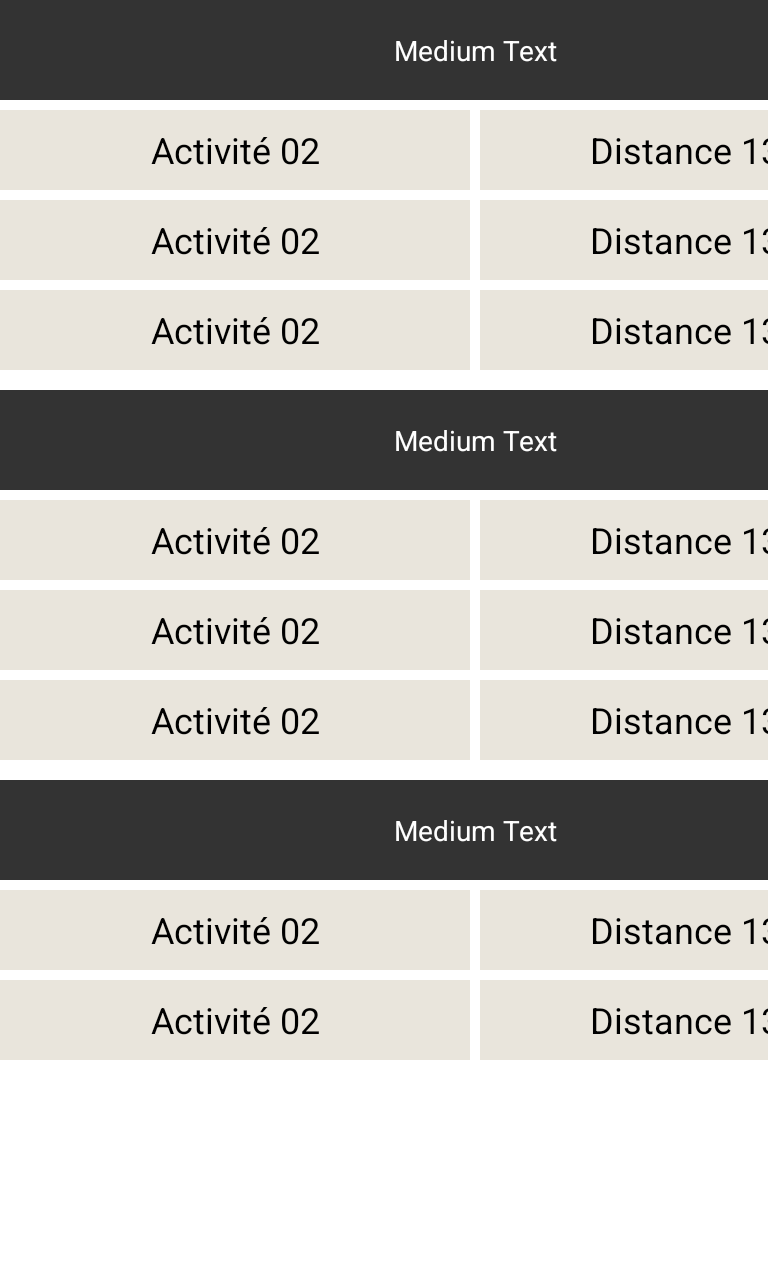
Repository: dekeym/Projet-IHM
Layout: WorkSpace/ChallengeMe/res/layout/fragment_stats.xml
These files come from the project's save history. The layout is drawn as it stood at one moment and after the next save; the edit follows.
It is drawn on a 768 x 1280 px phone screen (xhdpi) without system bars, with theme android:Theme.Holo.Light.DarkActionBar; the app's code is not run.

Above is the layout before, as saved 2014-12-18 14:31:07.

After the next save:
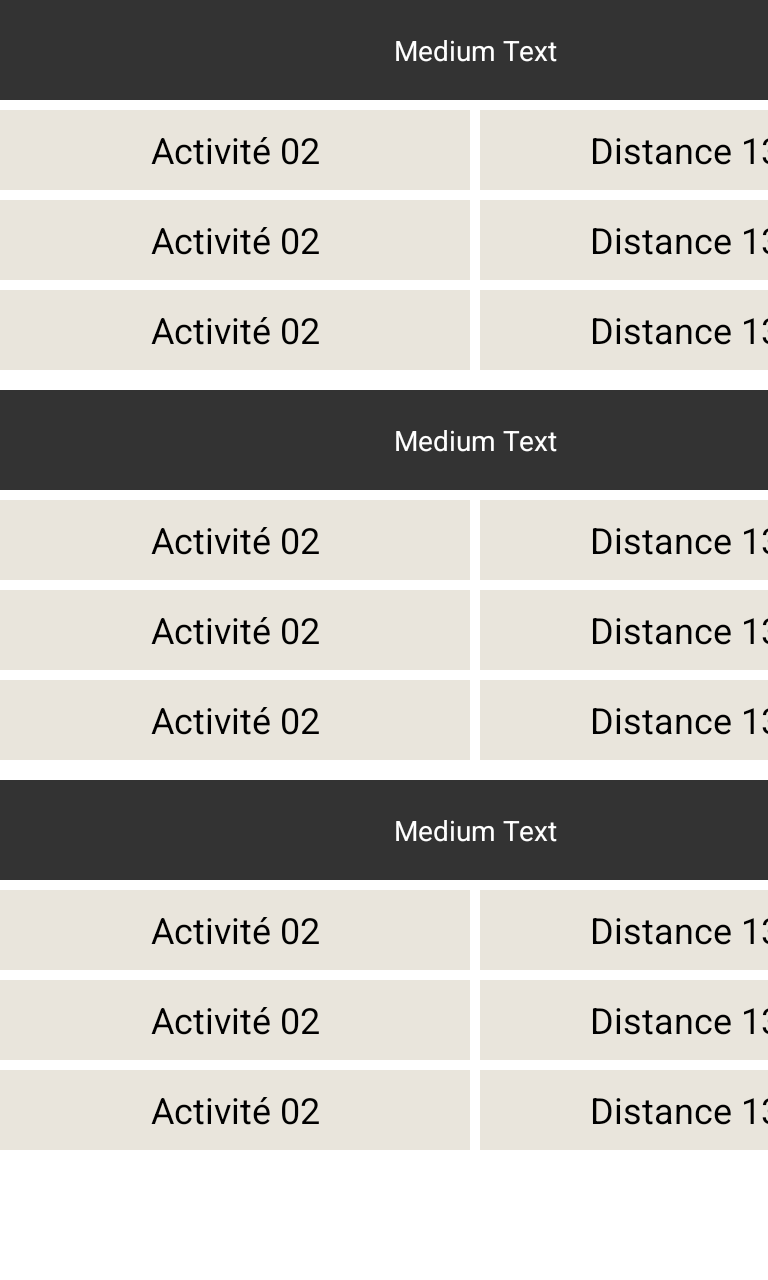
Saved 32 s later.
--- a/WorkSpace/ChallengeMe/res/layout/fragment_stats.xml
+++ b/WorkSpace/ChallengeMe/res/layout/fragment_stats.xml
@@ -484,6 +484,54 @@
                     android:textAppearance="?android:attr/textAppearanceMedium" />
             </LinearLayout>
 
+            <LinearLayout
+                android:layout_width="wrap_content"
+                android:layout_height="wrap_content" >
+
+                <TextView
+                    android:id="@+id/statstextView39"
+                    android:layout_width="235dp"
+                    android:layout_height="40dp"
+                    android:layout_marginRight="5dp"
+                    android:layout_marginTop="5dp"
+                    android:background="#e9e5dc"
+                    android:gravity="center"
+                    android:text="Activité 02"
+                    android:textAppearance="?android:attr/textAppearanceMedium" />
+
+                <TextView
+                    android:id="@+id/statstextView40"
+                    android:layout_width="235dp"
+                    android:layout_height="40dp"
+                    android:layout_marginTop="5dp"
+                    android:background="#e9e5dc"
+                    android:gravity="center"
+                    android:text="Distance 13 km"
+                    android:textAppearance="?android:attr/textAppearanceMedium" />
+
+                <TextView
+                    android:id="@+id/statstextView41"
+                    android:layout_width="235dp"
+                    android:layout_height="40dp"
+                    android:layout_marginRight="5dp"
+                    android:layout_marginTop="5dp"
+                    android:background="#e9e5dc"
+                    android:layout_marginLeft="10dp"
+                    android:gravity="center"
+                    android:text="Activité 02"
+                    android:textAppearance="?android:attr/textAppearanceMedium" />
+
+                <TextView
+                    android:id="@+id/statstextView42"
+                    android:layout_width="235dp"
+                    android:layout_height="40dp"
+                    android:layout_marginTop="5dp"
+                    android:background="#e9e5dc"
+                    android:gravity="center"
+                    android:text="Distance 13 km"
+                    android:textAppearance="?android:attr/textAppearanceMedium" />
+            </LinearLayout>
+
         </LinearLayout>
 
 
